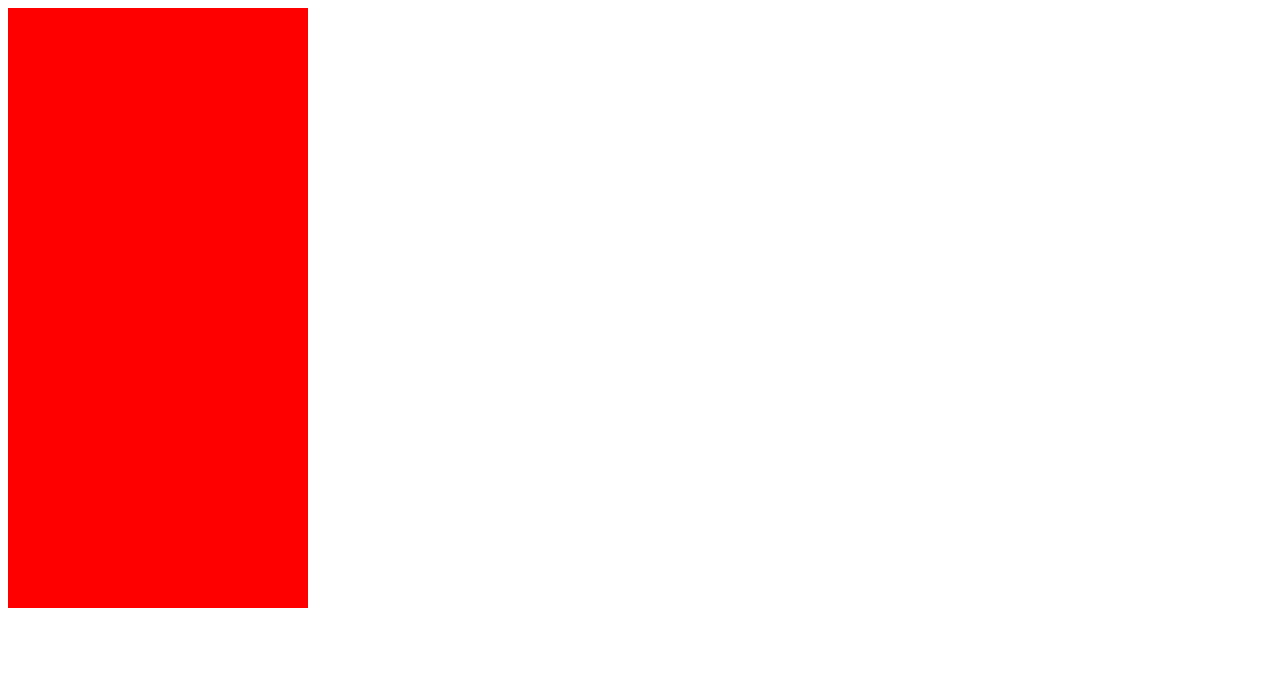
Repository: Souax/prac_20231021
Page: box/box.html
The author's editor kept a record of every edit. The page is drawn from the files as they stood at one moment, then again after the next edit.
The browser window is 1280 px wide. The pictures show the whole page.

Above is the page before.

### box/box.html
<!DOCTYPE html>
<html lang="ja">

<head>
  <meta charset="UTF-8"/>
  <link rel="stylesheet" href="box.css">
  <title>BOX</title>
</head>

<body>
  <div class="box1"></div>
</body>

</html>

### box/box.css
.box1{
  width:300px;
  height:600px;
  background-color:red;
}

.box2{
  width:100px;
  height:100px;
  background-color:blue;
  border:solid 5px yellow;
  margin-top:40px;
  margin-right:40px;
  margin-bottom:40px;
  margin-left:40px;
}

After the next edit:
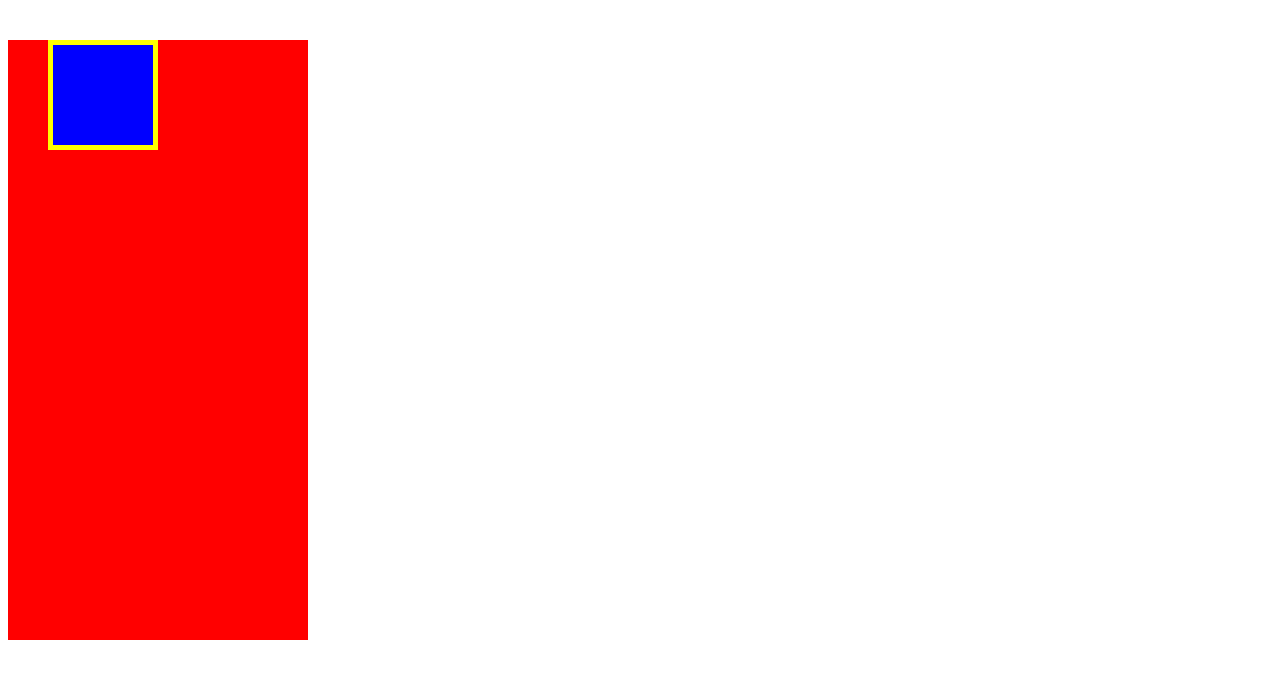
The edit:
--- a/box/box.html
+++ b/box/box.html
@@ -8,7 +8,9 @@
 </head>
 
 <body>
-  <div class="box1"></div>
+  <div class="box1">
+  <div class="box2"></div>
+  </div>
 </body>
 
 </html>
